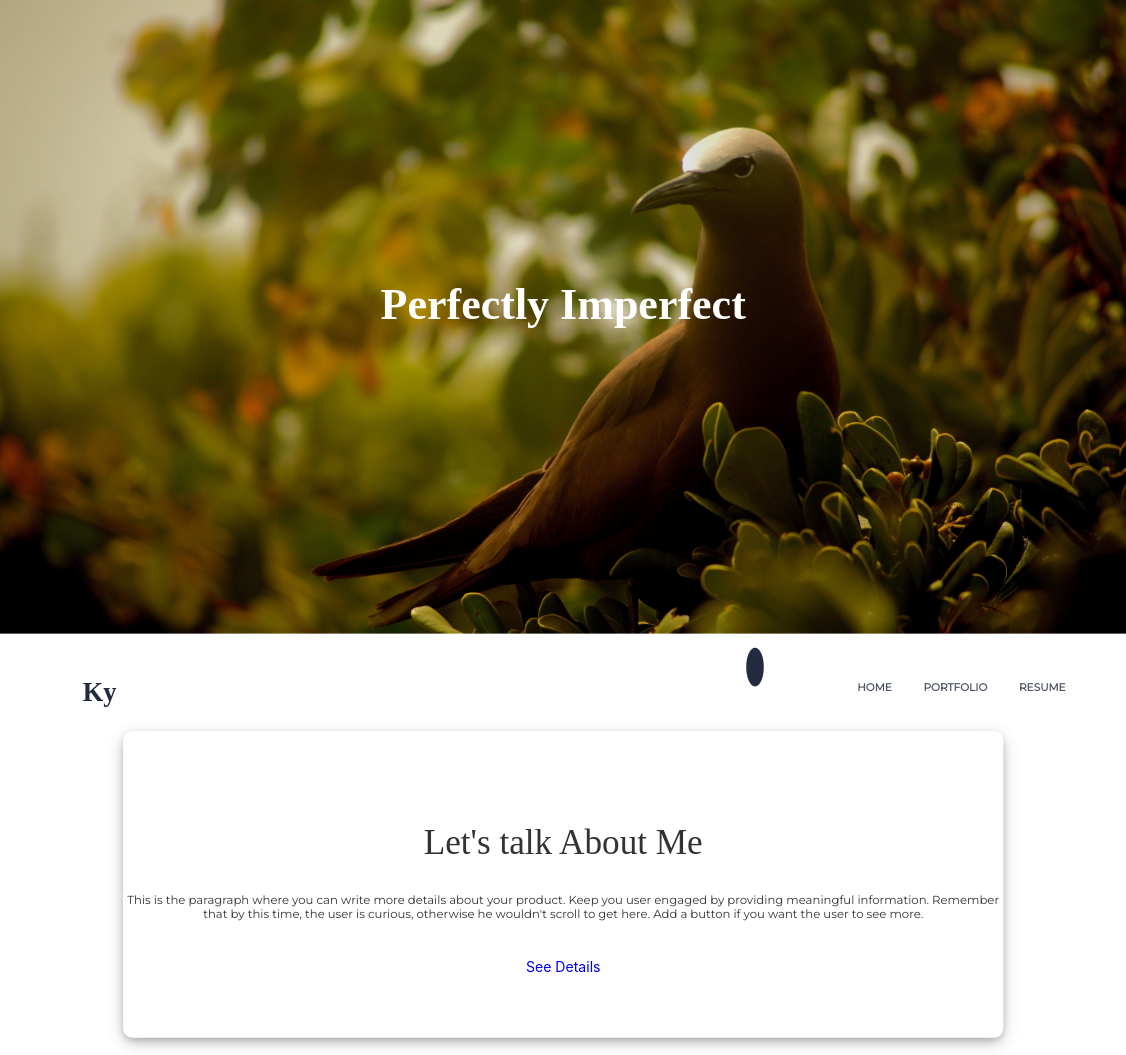
Repository: kkyler24/Perfectly-Imperfect
Page: / (app in imperfect/)
An editor plug-in stored every save of this project. The page is shown before and after the next save, followed by the edit.
The browser window is 1280 px wide. The pictures show the whole page, at 88% of full size.
Backgrounds fixed to the window are drawn as part of the page. Some web fonts or font styles are not loaded; a fallback is used. The project was rebuilt for these pictures with package versions that can differ from the ones it lists, and the page was loaded fresh each time.

Above is the page before, as saved 2020-08-06 12:54:07.

### imperfect/public/index.html
<!DOCTYPE html>
<html lang="en">
  <head>
    <meta charset="utf-8" />
    <link rel="icon" href="%PUBLIC_URL%/favicon.ico" />
    <meta name="viewport" content="width=device-width, initial-scale=1" />
    <meta name="theme-color" content="#000000" />
    <meta
      name="description"
      content="Web site created using create-react-app"
    />
    <link rel="apple-touch-icon" href="%PUBLIC_URL%/logo192.png" />

    <link rel="manifest" href="%PUBLIC_URL%/manifest.json" />

    <link
      href="https://fonts.googleapis.com/css2?family=Montserrat&family=Petit+Formal+Script&display=swap"
      rel="stylesheet"
    />

    <title>React App</title>
  </head>
  <body>
    <noscript>You need to enable JavaScript to run this app.</noscript>
    <div id="root"></div>
  </body>
</html>

### imperfect/src/App.js
import React from "react";
import logo from "./logo.svg";
import "./App.css";
import Nav from "./Components/navbarComponent/navbar.js";
import PGHeader from "./Components/Headerindex/header.js";
import AboutMe from "./Components/aboutMeIndex/aboutme.js";

function App() {
  return (
    <div className="App">
      <PGHeader />
      {/* <Nav /> */}
      <AboutMe />
    </div>
  );
}

export default App;

### imperfect/src/App.css
body {
  color: #66615b;
  font-size: 16px;
  box-sizing: border-box;
  display: block;
}

### imperfect/src/Components/navbarComponent/navbar.js
import React from "react";
import "./navbar.css";

function NavBar() {
  return (
    <div>
      <nav
        color-on-scroll="300"
        class="fixed-bottom  navbar-transparent navbar navbar-expand-lg"
      >
        <div class="container-fluid">
          <div class="navbar-translate">
            <a
              id="Kytitle"
              data-placement="bottom"
              target="_blank"
              title="Coded by Creative Tim"
              class="navbar-brand"
              href="#/index"
            >
              Ky
            </a>
            <button aria-expanded="false" class="navbar-toggler navbar-toggler">
              <span class="navbar-toggler-bar bar1"></span>
              <span class="navbar-toggler-bar bar2"></span>
              <span class="navbar-toggler-bar bar3"></span>
            </button>
          </div>
          <div class="justify-content-end collapse navbar-collapse">
            <ul class="navbar-nav">
              <li class="nav-item">
                <a
                  data-placement="bottom"
                  href="https://www.linkedIn"
                  target="_blank"
                  title="Let's connect on LinkedIn"
                  class="nav-link"
                >
                  {/* <i class="fa fa-linkedIn"></i> */}
                </a>
              </li>
              <li class="nav-item">
                <a
                  data-placement="bottom"
                  href="https://www.linkedin.com/in/ky-kyler-a723b932/"
                  target="_blank"
                  class="fa fa-linkedin"
                >
                  {/* <i class="fa fa-linkedIn"></i> */}
                </a>
              </li>
              <li class="nav-item">
                <a
                  data-placement="bottom"
                  href="https://twitter.com/CreativeTim?ref=creativetim"
                  target="_blank"
                  title="Follow us on Twitter"
                  class="nav-link"
                >
                  {/* <i class="fa fa-twitter"></i> */}
                  <p class="d-lg-none"></p>
                </a>
                <li class="nav-item mr-2rem">
                  <a
                    data-placement="bottom"
                    href="https://www.linkedin.com/in/ky-kyler-a723b932/"
                    target="_blank"
                    title="Star on GitHub"
                    class="nav-link fa fa-github"
                  >
                    {/* <i class="fa fa-github"></i> */}
                    <p class="d-lg-none"></p>
                  </a>
                </li>
              </li>
              <li class="nav-item">
                <a class="nav-link" href="#/index">
                  <i class="nc-icon nc-layout-11"></i> Home
                </a>
              </li>
              <li class="nav-item">
                <a class="nav-link" href="#/index">
                  <i class="nc-icon nc-layout-11"></i> Portfolio
                </a>
              </li>
              <li class="nav-item">
                <a target="_blank" class="nav-link" href="#/documentation">
                  <i class="nc-icon nc-book-bookmark"></i> Resume
                </a>
              </li>

              <li class="nav-item">
                <a
                  data-placement="bottom"
                  href="https://www.github.com/CreativeTimOfficial?ref=creativetim"
                  target="_blank"
                  title="Star on GitHub"
                  class="nav-link"
                >
                  {/* <i class="fa fa-github"></i> */}
                  <p class="d-lg-none"></p>
                </a>
              </li>
            </ul>
          </div>
        </div>
      </nav>
    </div>
  );
}
export default NavBar;

### imperfect/src/Components/Headerindex/header.js
import React from "react";
import "./Indexheader.css";
import Navbar from "../navbarComponent/navbar.js";

function PageHeader(props) {
  return (
    <div>
      <div id="background" className="page-header" data-parallax="true">
        <div className="filter"></div>
        <div className="headerContainer">
          <div className="motto text-center">
            <h1 id="JumboHeaderTitle">Perfectly Imperfect</h1>
            <br />
          </div>
        </div>
      </div>
      <Navbar />
    </div>
  );
}
export default PageHeader;

### imperfect/src/Components/aboutMeIndex/aboutme.js
import React from "react";
import "./aboutme.css";

function Aboutme() {
  return (
    <div className=" card aboutMain">
      <div className="sectionAB text-center">
        <div className="ABccontainer">
          <div class="row">
            <div class="ml-auto mr-auto col-md-8">
              <h2 class="titleAB">Let's talk About Me</h2>
              <h5 class="descriptionAB">
                This is the paragraph where you can write more details about
                your product. Keep you user engaged by providing meaningful
                information. Remember that by this time, the user is curious,
                otherwise he wouldn't scroll to get here. Add a button if you
                want the user to see more.
              </h5>
              <br />
              <a href="#pablo" class="btn-round btn btn-info">
                See Details
              </a>
            </div>
          </div>
        </div>
      </div>
    </div>
  );
}
export default Aboutme;

### imperfect/src/Components/navbarComponent/navbar.css
/* navbar */
#Kytitle {
  font-family: "Petit Formal Script", cursive;
  font-size: 30px;
  color: #222b3f;
  border-bottom: solid 2px rgb(255, 255, 255);
  text-transform: capitalize;
}

.navbar.navbar-transparent {
  background: transparent !important;
  padding-top: 25px;
  box-shadow: none;
}

.navbar .navbar-brand {
  font-weight: 600;
  margin: 5px 0;
  padding: 20px 15px;
  font-size: 14px;
  text-transform: uppercase;
}

.navbar-nav {
  display: flex;
  flex-direction: column;
  padding-left: 0;
  margin-bottom: 0;
  list-style: none;
}
.navbar-brand {
  display: inline-block;
  padding-top: 0.3125rem;
  padding-bottom: 0.3125rem;
  margin-right: 1rem;
  font-size: 1.25rem;
  line-height: inherit;
  white-space: nowrap;
}

.navbar {
  border: 0;
  font-size: 14px;
  padding: 0;
  font-family: "Montserrat", "Helvetica", Arial, sans-serif;
  font-weight: 300;
  align-items: center;
  display: flex;
}
.navbar > .container-fluid {
  display: flex;
  flex-wrap: wrap;
  align-items: center;
  justify-content: space-between;
}

.nav-link {
  display: block;
}

.navbar-toggler {
  padding: 0.25rem 0.75rem;
  font-size: 1.25rem;
  line-height: 1;
  background-color: transparent;
  border: 1px solid transparent;
  border-radius: 0.25rem;
}
button {
  text-transform: none;
  overflow: hidden;
  -webkit-font-smoothing: antialiased;
  font-family: "Montserrat", "Helvetica", Arial, sans-serif;
  font-weight: 300;
  margin: 0;
  text-rendering: auto;
  /* color: -internal-light-dark(buttontext, rgb(170, 170, 170)); */
  letter-spacing: normal;
  word-spacing: normal;
  text-indent: 0px;
  text-shadow: none;
  display: inline-block;
  text-align: center;
  align-items: flex-start;
  font: 400 13.3333px Arial;
}
.navbar .navbar-toggler .navbar-toggler-bar {
  display: block;
  position: relative;
  width: 24px;
  height: 2px;
  border-radius: 1px;
  margin: 0 auto;
}

.navbar.navbar-transparent .navbar-toggler .navbar-toggler-bar {
  background: #222b3f !important;
}

.navbar-transparent .navbar-nav .nav-item .nav-link:not(.btn) {
  color: #222b3f;
  border-color: #222b3f;
}

.navbar .navbar-toggler .navbar-toggler-bar + .navbar-toggler-bar {
  margin-top: 4px;
}

.navbar .navbar-nav .nav-item .nav-link {
  line-height: 1.6;
  margin: 15px 3px;
  padding: 10px 15px;
  opacity: 0.8;
  font-size: 12px;
  text-transform: uppercase;
  font-weight: 600;
}

.navbar .navbar-nav .nav-item .nav-link p {
  margin: 0;
  text-transform: uppercase;
  font-weight: 600;
  font-size: 12px;
  line-height: 1.5em;
  padding: 15px 0;
  color: #222b3f;
}

button:not(:disabled) {
  cursor: pointer;
}

.container-fluid {
  width: 100%;
  padding-right: 15px;
  padding-left: 15px;
  margin-right: 0%;
  margin-left: 5%;
}

.fixed-top {
  position: fixed;
  right: 0;
  left: 0;
  z-index: 1030;
  /* not needed for fixed bottom */
  top: 0;
}

a {
  text-decoration: none;
  background-color: transparent;
}

.collapse:not(.show) {
  display: none;
}

.justify-content-end,
ul {
  justify-content: flex-end !important;
}

.navbar-collapse {
  flex-basis: 100%;
  flex-grow: 1;
  align-items: center;
}

ul {
  margin-top: 0;
}

.navbar .navbar-nav .nav-item .nav-link [class^="fa"] {
  font-size: 17px;
  position: relative;
  right: 5px;
  color: #222b3f;
}
.fa {
  width: 18px;
  text-align: center;
}
/* .fa {
  display: inline-block;
  font: normal normal normal 14px/1 FontAwesome;
  text-rendering: auto;
  -webkit-font-smoothing: antialiased;
} */

.fa {
  padding: 10px;
  font-size: 20px;
  width: 50px;
  text-align: center;
  text-decoration: none;
  margin: 5px 2px;
  border-radius: 50%;
}

.fa:hover {
  opacity: 0.7;
}

/* .nc-icon {
  display: inline-block;
  font: normal normal normal 14px/1 "nucleo-icons";
  font-size: inherit;
  text-transform: none;
  -webkit-font-smoothing: antialiased;
} */

/* .nc-layout-11:before {
  content: "\ea36";
}

.nc-book-bookmark:before {
  content: "\ea0f";
} */

.fa-linkedin {
  background: #222b3f;
  color: white;
}

.fa-github {
  content: "\f09b";
  color: #222b3f;
}

:before {
  box-sizing: border-box;
}

.navbar .navbar-collapse .nav-item .nav-link p {
  display: inline;
}

/* media Q navbar */
@media (min-width: 992px) {
  .navbar-expand-lg {
    flex-flow: row nowrap;
    justify-content: flex-start;
  }
  .navbar {
    justify-content: space-between;
  }
}
/* Li */
@media (min-width: 992px) {
  .navbar-expand-lg .navbar-nav {
    flex-direction: row;
  }
}
@media screen and (max-width: 991px) {
  .navbar-collapse ul {
    position: relative;
    z-index: 3;
    height: 95%;
  }
}

@media screen and (max-width: 991px) {
  .navbar-collapse .navbar-nav > .nav-item > .nav-link {
    color: #222b3f !important;
  }
}

@media screen and (max-width: 991px) {
  .navbar-collapse {
    position: fixed;
    display: block !important;
    top: 0;
    width: 230px;
    right: 0;
    z-index: 1032;
    visibility: visible;
    overflow-y: visible;
    border-top: none;
    text-align: left;
    padding-right: 0;
    padding-left: 40px;
    padding-top: 15px;
    transform: translateX(230px);
    transition: all 0.33s cubic-bezier(0.685, 0.0473, 0.346, 1);
  }
}

@media (max-width: 991.98px) {
  .navbar-expand-lg > .container-fluid {
    padding-right: 0;
    padding-left: 0;
  }
}

@media (min-width: 768px) {
  .container-fluid {
    max-width: 720px;
  }
}

@media (min-width: 992px) {
  .container-fluid {
    max-width: 100%;
  }
}

@media screen and (max-width: 991px) {
  .navbar-translate {
    width: 100%;
    position: relative;
    display: flex;
    justify-content: space-between !important;
    align-items: center;
    transform: translateX(0);
    transition: all 0.33s cubic-bezier(0.685, 0.0473, 0.346, 1);
  }
}

@media (min-width: 992px) {
  .navbar-expand-lg .navbar-toggler {
    display: none;
  }
}

@media screen and (max-width: 991px) {
  .navbar-collapse {
    height: 100% !important;
  }
}

@media (min-width: 992px) {
  .navbar-expand-lg .navbar-collapse {
    display: flex !important;
    flex-basis: auto;
  }
}
/*
@media (min-width: 576px) {
  .container-fluid {
    max-width: 540px;
  }
} */

@media (min-width: 992px) {
  .navbar-expand-lg > .container-fluid {
    flex-wrap: nowrap;
  }
}

### imperfect/src/Components/Headerindex/Indexheader.css
#background {
  background-image: url("../../Assets/imgs/brownnoodyGreatbirdisland.jpg");
  background-attachment: fixed;
  background-repeat: no-repeat;
  background-size: cover;
  height: 700px;
}

.page-header {
  background-position: 50%;
  background-size: cover;
  min-height: 100vh;
  max-height: 999px;
  overflow: hidden;
  position: relative;
  width: 100%;
  z-index: 1;
  display: flex;
  align-items: center;
  justify-content: center;
}

.page-header .filter:after {
  background-color: rgba(0, 0, 0, 0.125);
  content: "";
  display: block;
  height: 100%;
  left: 0;
  top: 0;
  position: absolute;
  width: 100%;
  z-index: 1;
}

.page-header .motto {
  z-index: 3;
  color: #fff;
  position: relative;
  width: max-content;
}

.headerContainer {
  font-family: "Petit Formal Script", cursive;
  display: inline-flex;
  width: 100%;
  /* font-weight: 200; */
  padding-right: 15px;
  padding-left: 15px;
  margin-right: auto;
  margin-left: auto;
  font-size: 50px;
  justify-content: center;
}

.text-center {
  text-align: center !important;
}
div {
  display: block;
}

h1 {
  display: block;
  font-size: 2em;
  margin-block-start: 0.67em;
  margin-block-end: 0.67em;
  margin-inline-start: 0px;
  margin-inline-end: 0px;
  font-weight: bold;
}
@media (max-width: 450px) and (min-width: 280px) {
  #JumboHeaderTitle {
    width: 300px;
    margin: auto;
    font-size: 20px;
    text-align: center;
  }
  #background {
    width: 450px !important;
  }
}
/*
@media (max-width: 570px) and (min-width: 280px) {
  #JumboHeaderTitle {
    width: 400px;
    margin: auto;
    font-size: 20px;
    text-align: center;
  }
} */

/* media Q */
@media (min-width: 992px) {
  .headerContainer {
    max-width: 960px;
  }
}

@media (min-width: 768px) {
  .headerContainer {
    max-width: 720px;
  }
}

@media (min-width: 576px) {
  .headerContainer {
    max-width: 540px;
    font-size: 25px;
  }
}

@media (max-width: 576px) {
  .headerContainer {
    display: flex;
    flex-wrap: wrap;
    max-width: 540px !important;
    font-size: 20px;
    text-align: center;
  }
}

### imperfect/src/Components/aboutMeIndex/aboutme.css
.aboutMain .section:first-of-type {
  position: relative;
  z-index: 3;
  position: relative;
  background: #ffffff;
  margin: -60px 30px 0px;
  box-shadow: 0 16px 24px 2px rgba(0, 0, 0, 0.14),
    0 6px 30px 5px rgba(0, 0, 0, 0.12), 0 8px 10px -5px rgba(0, 0, 0, 0.2);
  border-radius: 6px;
  padding: 70px 0;
}

.card,
.aboutMain {
  width: 700px;
  border-radius: 12px;
  box-shadow: 0 4px 8px 0 rgba(0, 0, 0, 0.2), 0 6px 20px 0 rgba(0, 0, 0, 0.19);
  text-align: center;
  background-color: #fff;
  color: #333;
  margin-bottom: 20px;
  position: relative;
  z-index: 3;
  border: 0;
  transition: transform 0.3s cubic-bezier(0.34, 2, 0.6, 1), box-shadow 0.2s ease;
  display: flex;
  flex-direction: column;
  min-width: 0;
  background-clip: border-box;
  /* border: 1px solid rgba(0, 0, 0, 0.25); */
  /* border-radius: 20px; */
  margin-left: auto;
  margin-right: auto;
}

.sectionAB {
  padding: 70px 0;
  background-color: #fff;
  border-radius: 10px;
}

.text-center {
  text-align: center !important;
}

.titleAB {
  font-family: "Petit Formal Script", cursive;
  font-weight: lighter;
  font-size: 40px;
}

.descriptionAB {
  font-family: "Montserrat", sans-serif;
  font-weight: lighter;
}

.ABcontainer {
  width: 100%;
  margin-right: auto;
  margin-left: auto;
}

row {
  display: flex;
  flex-wrap: wrap;
  margin-right: -15px;
  margin-left: -15px;
}

@media (min-width: 768px) {
  .ABcontainer {
    max-width: 720px;
  }
}

@media (max-width: 992px) {
  .sectionAB {
    max-width: 700px;
  }
}

@media (min-width: 992px) {
  .sectionAB,
  .aboutMain {
    width: 1000px;
  }
}

Loaded but not shown: imperfect/src/index.js (common file); imperfect/src/index.css (common file); imperfect/src/serviceWorker.js (common file)

After the next save:
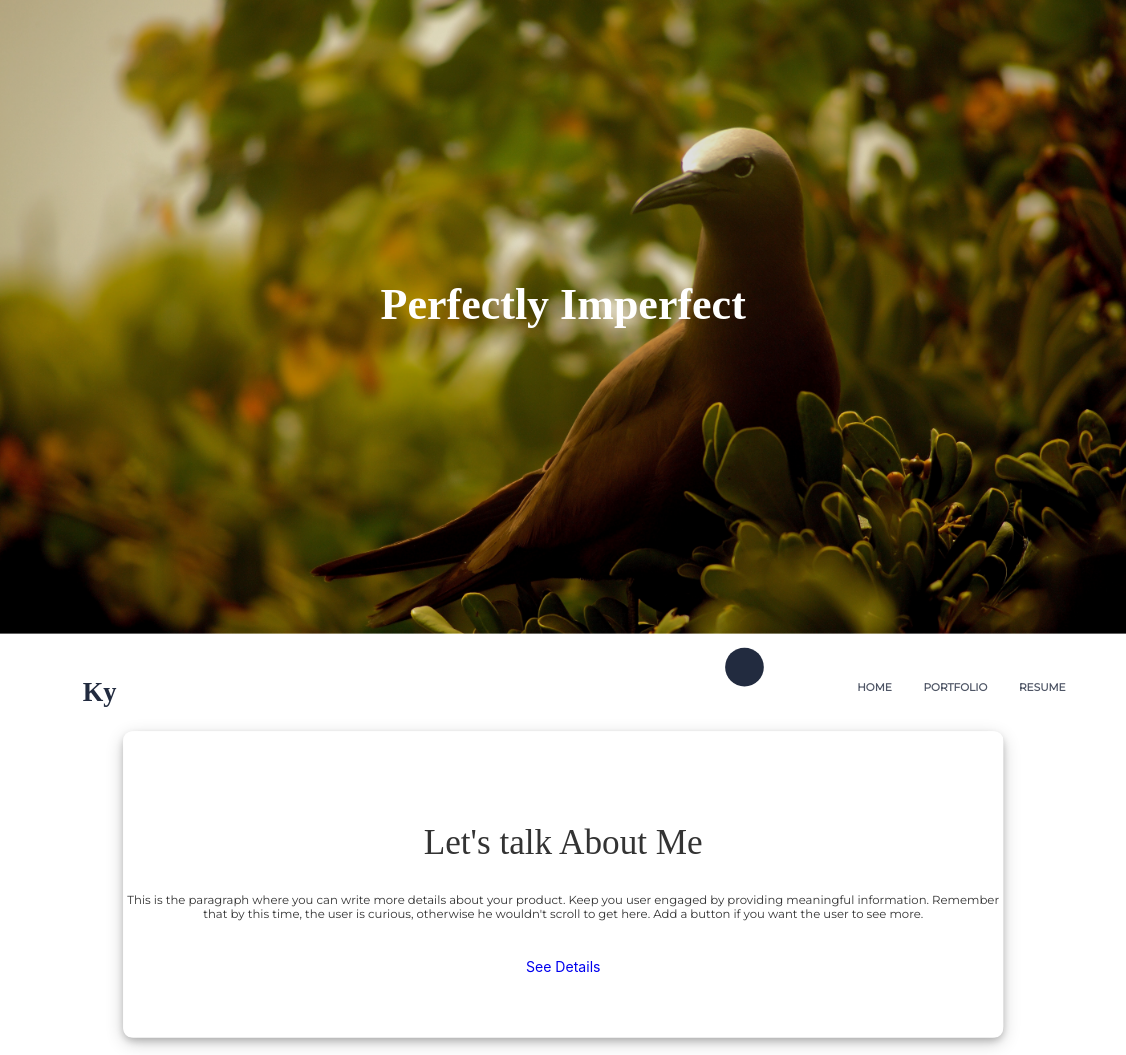
Saved 3 min 43 s later.
--- a/imperfect/src/Components/navbarComponent/navbar.js
+++ b/imperfect/src/Components/navbarComponent/navbar.js
@@ -46,7 +46,7 @@
                   target="_blank"
                   class="fa fa-linkedin"
                 >
-                  {/* <i class="fa fa-linkedIn"></i> */}
+                  <i class="fa fa-linkedIn"></i>
                 </a>
               </li>
               <li class="nav-item">

After the 2 saves that followed:
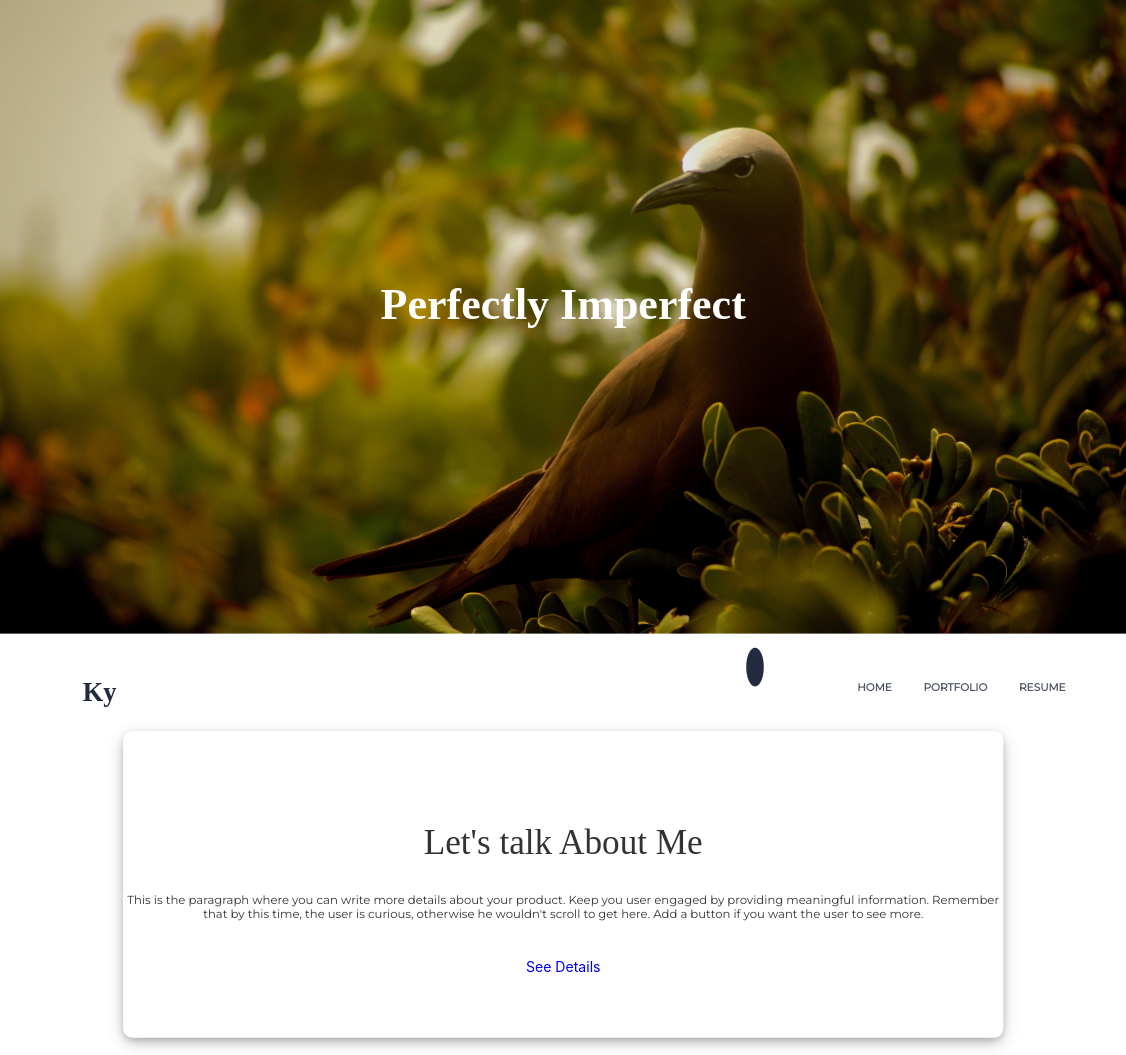
The 2 saves are shown as one change because 1 left the picture as it was.
The last was saved 4 min 22 s later.
--- a/imperfect/src/Components/navbarComponent/navbar.js
+++ b/imperfect/src/Components/navbarComponent/navbar.js
@@ -41,13 +41,10 @@
               </li>
               <li class="nav-item">
                 <a
-                  data-placement="bottom"
                   href="https://www.linkedin.com/in/ky-kyler-a723b932/"
                   target="_blank"
                   class="fa fa-linkedin"
-                >
-                  <i class="fa fa-linkedIn"></i>
-                </a>
+                ></a>
               </li>
               <li class="nav-item">
                 <a
